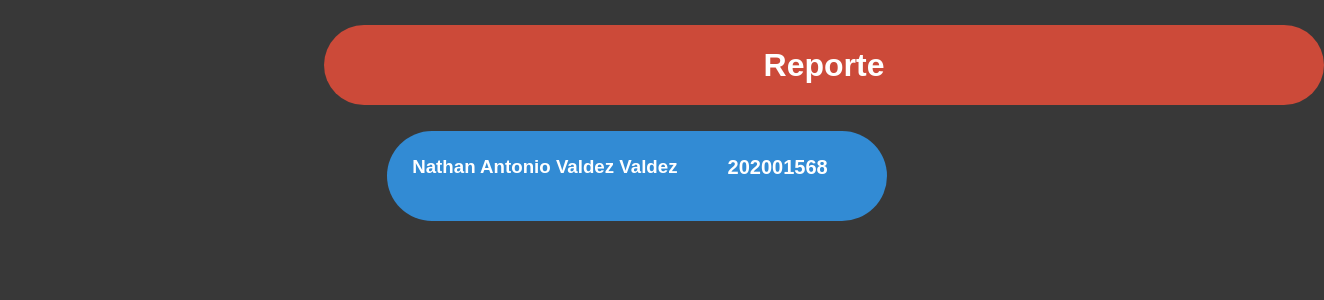
Repository: nathanvdev/LFP_PR_202001568
Page: plantilla.html
An editor plug-in stored every save of this project. The page is shown before and after the next save, followed by the edit.
The browser window is 1280 px wide. The page is 1324 px wide, so the pictures cover 1324 px, including what lies to the right of the window. The pictures show the whole page.

Above is the page before, as saved 2022-02-19 18:54:32.

### plantilla.html

<!DOCTYPE html>
<html lang="en">
<head>
    <meta charset="UTF-8">
    <meta http-equiv="X-UA-Compatible" content="IE=edge">
    <meta name="viewport" content="width=device-width, initial-scale=1.0">
    <title>Document</title>
</head>
<style>
    body{
        font-family: sans-serif;
    }
    .titlebox{
        background-color: rgb(204, 74, 57);
        height: 80px;
        width: 1000px;
        margin: 2%;
        margin-left: 25%;
        border-radius: 45px;


        display: flex;
        justify-content: center;
    }
    .PersonalInfo{
        background-color: rgb(50, 139, 212);
        height: 90px;
        width: 500px;
        margin: 2%;
        margin-left: 30%;
        border-radius: 45px;

    }
</style>
<body style="background-color: rgb(56, 56, 56);">
    <div class="titlebox">
        <h1 style="color: white;">Reporte</h1>
    </div>
    <div class="PersonalInfo">
        <h3 style="color: white;
        margin: 5%; float: left;">
            Nathan Antonio Valdez Valdez
        </h3>
        <h3 style="color: white;
        margin: 5%; float: left; font-size: 20px;">
            202001568
        </h3>
    </div>
</body>
</html>

After the next save:
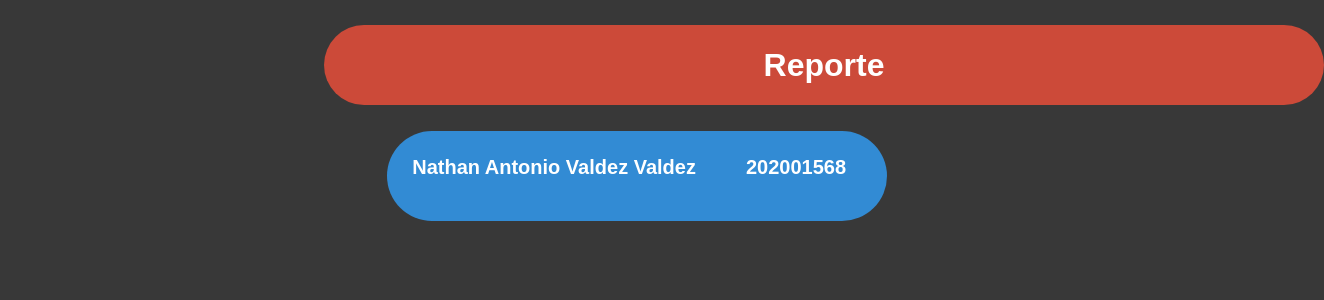
Saved 10 s later.
--- a/plantilla.html
+++ b/plantilla.html
@@ -39,7 +39,7 @@
     </div>
     <div class="PersonalInfo">
         <h3 style="color: white;
-        margin: 5%; float: left;">
+        margin: 5%; float: left; font-size: 20px;">
             Nathan Antonio Valdez Valdez
         </h3>
         <h3 style="color: white;
